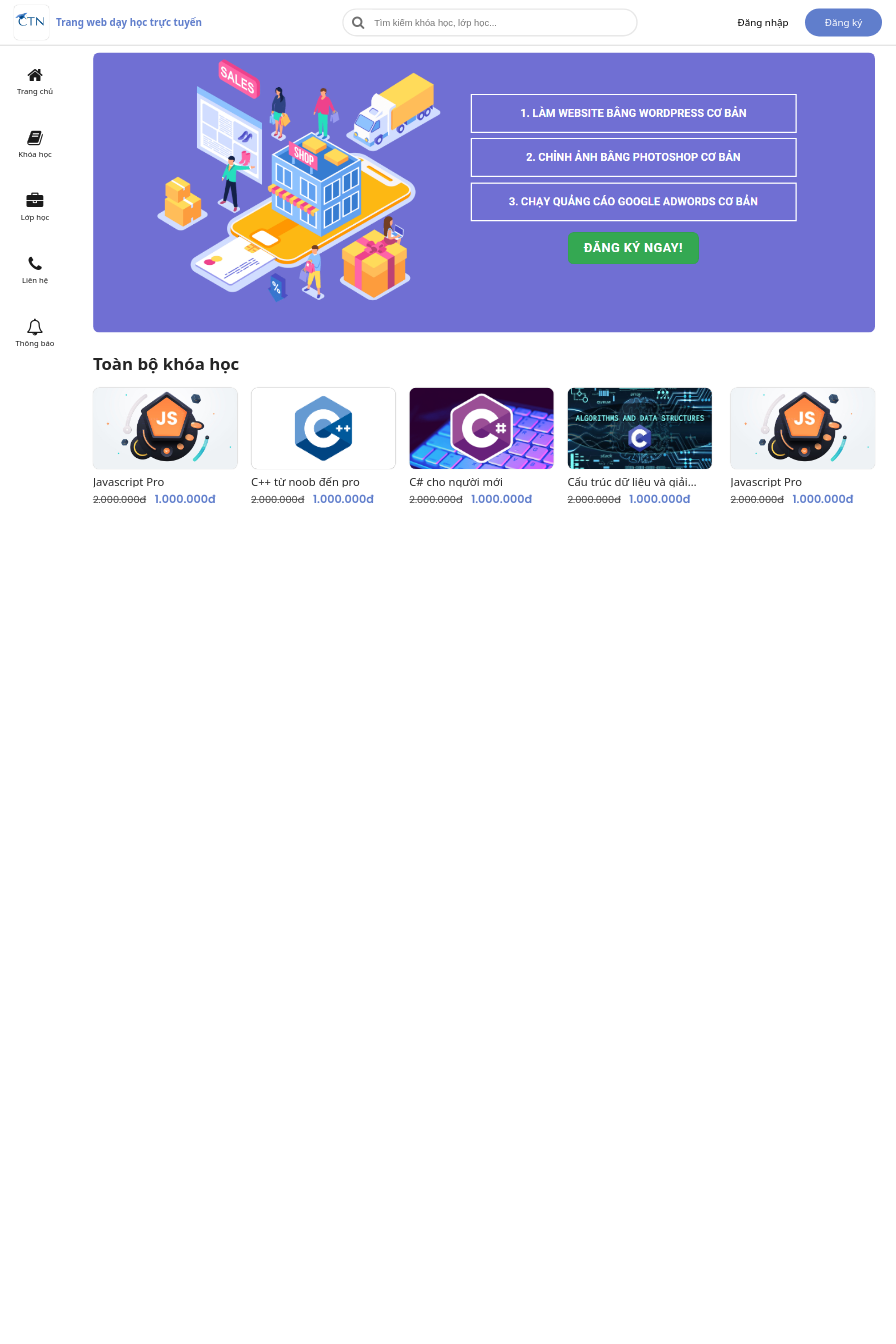
Repository: Nieday306/shophoaqua
Page: index.html
These files come from the project's save history. The page is drawn as it stood at one moment and after the next save; the edit follows.
The browser window is 1280 px wide. The pictures show the part of the page from y = 0 to 1920 px (the page is 5575 px tall), at 70% of full size.

Above is the page before, as saved 2024-04-07 16:47:40.

### index.html
<!DOCTYPE html>
<html lang="en">
  <head>
    <meta charset="UTF-8" />
    <meta name="viewport" content="width=device-width, initial-scale=1.0" />
    <!-- reset css -->
    <link rel="stylesheet" href="./assets/css/reset.css" />
    <!-- style css -->
    <link rel="stylesheet" href="./assets/css/style.css" />
    <!-- font  -->
    <link rel="stylesheet" href="./assets/font/stylesheet.css" />
    <title>CTN - Ứng dụng học lập trình trực tuyến</title>
    <!-- favicon -->
    <link
      rel="apple-touch-icon"
      sizes="57x57"
      href="./assets/Favicon/apple-icon-57x57.png"
    />
    <link
      rel="apple-touch-icon"
      sizes="60x60"
      href="./assets/Favicon/apple-icon-60x60.png"
    />
    <link
      rel="apple-touch-icon"
      sizes="72x72"
      href="./assets/Favicon/apple-icon-72x72.png"
    />
    <link
      rel="apple-touch-icon"
      sizes="76x76"
      href="./assets/Favicon/apple-icon-76x76.png"
    />
    <link
      rel="apple-touch-icon"
      sizes="114x114"
      href="./assets/Favicon/apple-icon-114x114.png"
    />
    <link
      rel="apple-touch-icon"
      sizes="120x120"
      href="./assets/Favicon/apple-icon-120x120.png"
    />
    <link
      rel="apple-touch-icon"
      sizes="144x144"
      href="./assets/Favicon/apple-icon-144x144.png"
    />
    <link
      rel="apple-touch-icon"
      sizes="152x152"
      href="./assets/Favicon/apple-icon-152x152.png"
    />
    <link
      rel="apple-touch-icon"
      sizes="180x180"
      href="./assets/Favicon/apple-icon-180x180.png"
    />
    <link
      rel="icon"
      type="image/png"
      sizes="192x192"
      href="./assets/Favicon/android-icon-192x192.png"
    />
    <link
      rel="icon"
      type="image/png"
      sizes="32x32"
      href="./assets/Favicon/favicon-32x32.png"
    />
    <link
      rel="icon"
      type="image/png"
      sizes="96x96"
      href="./assets/Favicon/favicon-96x96.png"
    />
    <link
      rel="icon"
      type="image/png"
      sizes="16x16"
      href="./assets/Favicon/favicon-16x16.png"
    />
    <link rel="manifest" href="./assets/Favicon/manifest.json" />
    <meta name="msapplication-TileColor" content="#ffffff" />
    <meta
      name="msapplication-TileImage"
      content="./assets/Favicon/ms-icon-144x144.png"
    />
    <meta name="theme-color" content="#ffffff" />
    <link
      rel="stylesheet"
      href="https://cdnjs.cloudflare.com/ajax/libs/font-awesome/4.7.0/css/font-awesome.min.css"
    />
  </head>
  <body>
    <!-- header -->
    <header>
      <div class="header">
        <div class="header-top">
          <div class="logo">
            <img class="logo-img" src="./assets/img/logo.png" alt="CTN" />
            <span class="logo-desc">Trang web dạy học trực tuyến</span>
          </div>
          <form action="" class="search" method="post">
            <input
              class="search__txt"
              type="search"
              name="search"
              id="search"
              placeholder="Tìm kiếm khóa học, lớp học..."
            />
            <button class="search__submit" type="submit">
              <i class="fa fa-search" style="font-size: 19px"></i>
            </button>
          </form>
          <div class="header__log">
            <a href="./login.html" class="btn header__login">Đăng nhập</a>
            <a href="#!" class="btn header__register">Đăng ký</a>
          </div>
        </div>
      </div>
    </header>
    <!-- main -->
    <main>
      <div class="sidebar">
        <ul class="sidebar__menu">
          <li class="sidebar__item">
            <a href="#!" class="sidebar__desc"
              ><i class="fa fa-home" style="font-size: 24px"></i
              ><span>Trang chủ</span></a
            >
          </li>
          <li class="sidebar__item">
            <a href="#!" class="sidebar__desc"
              ><i class="fa fa-book" style="font-size: 24px"></i
              ><span>Khóa học</span></a
            >
          </li>
          <li class="sidebar__item">
            <a href="#!" class="sidebar__desc"
              ><i class="fa fa-briefcase" style="font-size: 24px"></i
              ><span>Lớp học</span></a
            >
          </li>
          <li class="sidebar__item">
            <a href="#!" class="sidebar__desc"
              ><i class="fa fa-phone" style="font-size: 24px"></i
              ><span>Liên hệ</span></a
            >
          </li>
          <li class="sidebar__item">
            <a href="#!" class="sidebar__desc"
              ><i class="fa fa-bell-o" style="font-size: 24px"></i
              ><span>Thông báo</span></a
            >
          </li>
        </ul>
        <div class="sidebar__content">
          <!-- banner -->
          <div class="content__banner">
            <div class="container">
              <div class="banner">
                <img
                  src="./assets/img/banner-content.png"
                  alt="banner"
                  class="banner-img"
                />
              </div>
            </div>
          </div>
          <!-- course -->
          <div class="content__course">
            <div class="container">
              <h2 class="course-title">Toàn bộ khóa học</h2>
              <div class="list__course">
                <!-- item 1 -->
                <div class="course__item">
                  <a href="#!" class="course__item-link">
                    <img
                      src="./assets/img/course-js.jpg"
                      alt=""
                      class="course-thumnail"
                    />
                    <span class="course-desc">Javascript Pro</span>
                    <span class="price">
                      <span class="pre-price">2.000.000đ</span>
                      <span class="price-final">1.000.000đ</span>
                    </span>
                  </a>
                </div>
                <!-- item 2 -->
                <div class="course__item">
                  <a href="#!" class="course__item-link">
                    <img
                      src="./assets/img/course-c.png"
                      alt=""
                      class="course-thumnail"
                    />
                    <span class="course-desc">C++ từ noob đến pro</span>
                    <span class="price">
                      <span class="pre-price">2.000.000đ</span>
                      <span class="price-final">1.000.000đ</span>
                    </span>
                  </a>
                </div>
                <!-- item 3 -->
                <div class="course__item">
                  <a href="#!" class="course__item-link">
                    <img
                      src="./assets/img/course-Csharp.png"
                      alt=""
                      class="course-thumnail"
                    />
                    <span class="course-desc">C# cho người mới</span>
                    <span class="price">
                      <span class="pre-price">2.000.000đ</span>
                      <span class="price-final">1.000.000đ</span>
                    </span>
                  </a>
                </div>
                <!-- item 4 -->
                <div class="course__item">
                  <a href="#!" class="course__item-link">
                    <img
                      src="./assets/img/course-ctdlvgt.jpg"
                      alt=""
                      class="course-thumnail"
                    />
                    <span class="course-desc line-clamp"
                      >Cấu trúc dữ liệu và giải thuật</span
                    >
                    <span class="price">
                      <span class="pre-price">2.000.000đ</span>
                      <span class="price-final">1.000.000đ</span>
                    </span>
                  </a>
                </div>
                <!-- item 5 -->
                <div class="course__item">
                  <a href="#!" class="course__item-link">
                    <img
                      src="./assets/img/course-js.jpg"
                      alt=""
                      class="course-thumnail"
                    />
                    <span class="course-desc">Javascript Pro</span>
                    <span class="price">
                      <span class="pre-price">2.000.000đ</span>
                      <span class="price-final">1.000.000đ</span>
                    </span>
                  </a>
                </div>
              </div>
            </div>
          </div>
        </div>
      </div>
    </main>
    <!-- footer -->
    <footer></footer>
  </body>
</html>

### assets/css/style.css
:root {
  --primary-color: #607ecc;
  --font-secondary: system-ui, -apple-system, BlinkMacSystemFont, "Segoe UI",
    Roboto, Oxygen, Ubuntu, Cantarell, "Open Sans", "Helvetica Neue", sans-serif;
}
* {
  box-sizing: border-box;
}

html,
body {
  scroll-behavior: smooth;
}

html {
  font-size: 62.5%;
}

body {
  font-size: 1.6rem;
  font-family: "Poppins", sans-serif;
  margin: 0px auto;
}

/*================== common =========================*/

a {
  text-decoration: none;
}

.btn {
  display: inline-block;
  color: #fff;
  font-size: 1.4rem;
  font-family: var(--font-secondary);
  font-weight: 500;
  background-color: var(--primary-color);
  height: 40px;
  padding: 0 8px;
  border: 1px solid --primary-color;
  border-radius: 999px;
  text-align: center;
  min-width: 110px;
  line-height: 40px;
}

.btn:hover {
  opacity: 0.9;
}

.container {
  width: 1117px;
  margin: 0px auto;
}

/* xử lý xuống dòng */

.line-clamp {
  display: -webkit-box;
  -webkit-line-clamp: var(--line-clamp, 1);
  -webkit-box-orient: vertical;
  overflow: hidden;
}

/* =======================header==================== */

header {
  position: sticky;
  height: 65px;
  left: 0;
  top: 0;
  z-index: 20;
}

.header-top {
  height: 65px;
  background-color: #fff;
  display: flex;
  align-items: center;
  /* justify-content: space-between; */
  border-bottom: 1px solid #ccc;
}

.logo {
  display: flex;
  align-items: center;
  gap: 0 10px;
  margin-left: 20px;
}

.logo-img {
  width: 50px;
  height: 50px;
  object-fit: cover;
  border-radius: 7px;
  box-shadow: 0px 0px 1px rgb(3, 3, 3, 0.5);
}

.logo-desc {
  font-family: var(--font-secondary);
  font-size: 1.4rem;
  color: var(--primary-color);
  font-weight: 700;
}

.search {
  margin-left: 200px;
  height: 40px;
  width: 422px;
  border: 2px solid #e8e8e8;
  border-radius: 20px;
  transition: border 0.5s ease;
  display: flex;
  align-items: center;
  justify-content: space-between;
  flex-direction: row-reverse;
}

.search:focus-within {
  border-color: #777;
}

.search__submit {
  width: 10%;
  height: 100%;
  border-radius: 20px 0 0 20px;
  color: #707070;
  border: none;
  outline: none;
  background-color: #fff;
  cursor: pointer;
}

.fa-search {
  color: inherit;
}

.search__txt {
  height: 100%;
  background-color: transparent;
  width: 90%;
  outline: none;
  border-radius: 0 20px 20px 0;
  border: none;
}

.search__txt:not(:placeholder-shown) ~ .search__submit {
  color: #444;
  cursor: pointer;
}

.search__txt:placeholder-shown ~ .search__submit {
  cursor: not-allowed;
}

.header__log {
  margin-left: auto;
  display: flex;
  align-items: center;
  gap: 5px;
}

.header__login {
  background-color: #fff;
  color: #000;
}

.header__register {
  margin-right: 20px;
}
/* =======================main========================= */

.sidebar {
  margin-top: 10px;
  display: flex;
  min-width: 100vh;
}

.sidebar__menu {
  height: 100%;

  position: fixed;
  width: 8%;
  margin-left: 10px;
  display: flex;
  flex-direction: column;
  gap: 10px;
  /* border-right: 1px solid #ccc; */
}

.sidebar__item {
}

.sidebar__desc {
  display: inline-flex;
  flex-direction: column;
  align-items: center;
  justify-content: center;
  gap: 5px;
  height: 80px;
  width: 80px;
  font-weight: 500;
  font-size: 1.1rem;
  font-family: var(--font-secondary);
  color: #1a1a1a;
  padding: 10px;
  border-radius: 9px;
}
.sidebar__desc:hover {
  background-color: #e8ebed;
}

.sidebar__content {
  margin-left: 8%;
  width: 92%;
  height: 5000px;
}

.banner-img {
  width: 1117px;
  height: 400px;
  object-fit: cover;
  border-radius: 9px;
}

/* course */

.content__course {
  margin-top: 30px;
}

.course-title {
  color: #242424;
  font-family: var(--font-secondary);
  font-size: 2.4rem;
  font-weight: 900;
  margin-right: auto;
}

.list__course {
  margin-top: 22px;
  display: flex;
  gap: 20px;
}

.course__item-link {
  display: flex;
  flex-direction: column;
}

.course-thumnail {
  width: 206px;
  height: 116px;
  box-shadow: 0 0 1px rgba(3, 3, 3, 0.5);
  object-fit: cover;
  border-radius: 9px;
}

.course-desc {
  font-family: var(--font-secondary);
  color: #292929;
  display: -webkit-box;
  font-size: 1.6rem;
  word-break: keep-all;
  overflow: hidden;
  margin: 10px 0;
}

.pre-price {
  color: #444;
  font-size: 1.4rem;
  margin-right: 8px;
  text-decoration: line-through;
}

.price-final {
  color: var(--primary-color);
  font-size: 1.6rem;
  font-weight: 600;
}

/* footer */
footer {
  height: 500px;
  background-color: #000;
  margin-left: 9%;
}

### assets/font/stylesheet.css
@font-face {
    font-family: 'Poppins';
    src: url('Poppins-Black.woff2') format('woff2'),
        url('Poppins-Black.woff') format('woff');
    font-weight: 900;
    font-style: normal;
    font-display: swap;
}

@font-face {
    font-family: 'Poppins';
    src: url('Poppins-Bold.woff2') format('woff2'),
        url('Poppins-Bold.woff') format('woff');
    font-weight: bold;
    font-style: normal;
    font-display: swap;
}

@font-face {
    font-family: 'Poppins';
    src: url('Poppins-BlackItalic.woff2') format('woff2'),
        url('Poppins-BlackItalic.woff') format('woff');
    font-weight: 900;
    font-style: italic;
    font-display: swap;
}

@font-face {
    font-family: 'Poppins';
    src: url('Poppins-BoldItalic.woff2') format('woff2'),
        url('Poppins-BoldItalic.woff') format('woff');
    font-weight: bold;
    font-style: italic;
    font-display: swap;
}

@font-face {
    font-family: 'Poppins';
    src: url('Poppins-ExtraLightItalic.woff2') format('woff2'),
        url('Poppins-ExtraLightItalic.woff') format('woff');
    font-weight: 200;
    font-style: italic;
    font-display: swap;
}

@font-face {
    font-family: 'Poppins';
    src: url('Poppins-ExtraBoldItalic.woff2') format('woff2'),
        url('Poppins-ExtraBoldItalic.woff') format('woff');
    font-weight: bold;
    font-style: italic;
    font-display: swap;
}

@font-face {
    font-family: 'Poppins';
    src: url('Poppins-ExtraBold.woff2') format('woff2'),
        url('Poppins-ExtraBold.woff') format('woff');
    font-weight: bold;
    font-style: normal;
    font-display: swap;
}

@font-face {
    font-family: 'Poppins';
    src: url('Poppins-Italic.woff2') format('woff2'),
        url('Poppins-Italic.woff') format('woff');
    font-weight: normal;
    font-style: italic;
    font-display: swap;
}

@font-face {
    font-family: 'Poppins';
    src: url('Poppins-ExtraLight.woff2') format('woff2'),
        url('Poppins-ExtraLight.woff') format('woff');
    font-weight: 200;
    font-style: normal;
    font-display: swap;
}

@font-face {
    font-family: 'Poppins';
    src: url('Poppins-Regular.woff2') format('woff2'),
        url('Poppins-Regular.woff') format('woff');
    font-weight: normal;
    font-style: normal;
    font-display: swap;
}

@font-face {
    font-family: 'Poppins';
    src: url('Poppins-LightItalic.woff2') format('woff2'),
        url('Poppins-LightItalic.woff') format('woff');
    font-weight: 300;
    font-style: italic;
    font-display: swap;
}

@font-face {
    font-family: 'Poppins';
    src: url('Poppins-SemiBold.woff2') format('woff2'),
        url('Poppins-SemiBold.woff') format('woff');
    font-weight: 600;
    font-style: normal;
    font-display: swap;
}

@font-face {
    font-family: 'Poppins';
    src: url('Poppins-Light.woff2') format('woff2'),
        url('Poppins-Light.woff') format('woff');
    font-weight: 300;
    font-style: normal;
    font-display: swap;
}

@font-face {
    font-family: 'Poppins';
    src: url('Poppins-Medium.woff2') format('woff2'),
        url('Poppins-Medium.woff') format('woff');
    font-weight: 500;
    font-style: normal;
    font-display: swap;
}

@font-face {
    font-family: 'Poppins';
    src: url('Poppins-MediumItalic.woff2') format('woff2'),
        url('Poppins-MediumItalic.woff') format('woff');
    font-weight: 500;
    font-style: italic;
    font-display: swap;
}

@font-face {
    font-family: 'Poppins';
    src: url('Poppins-Thin.woff2') format('woff2'),
        url('Poppins-Thin.woff') format('woff');
    font-weight: 100;
    font-style: normal;
    font-display: swap;
}

@font-face {
    font-family: 'Poppins';
    src: url('Poppins-ThinItalic.woff2') format('woff2'),
        url('Poppins-ThinItalic.woff') format('woff');
    font-weight: 100;
    font-style: italic;
    font-display: swap;
}

@font-face {
    font-family: 'Poppins';
    src: url('Poppins-SemiBoldItalic.woff2') format('woff2'),
        url('Poppins-SemiBoldItalic.woff') format('woff');
    font-weight: 600;
    font-style: italic;
    font-display: swap;
}

Loaded but not shown: assets/css/reset.css (common file)

After the next save:
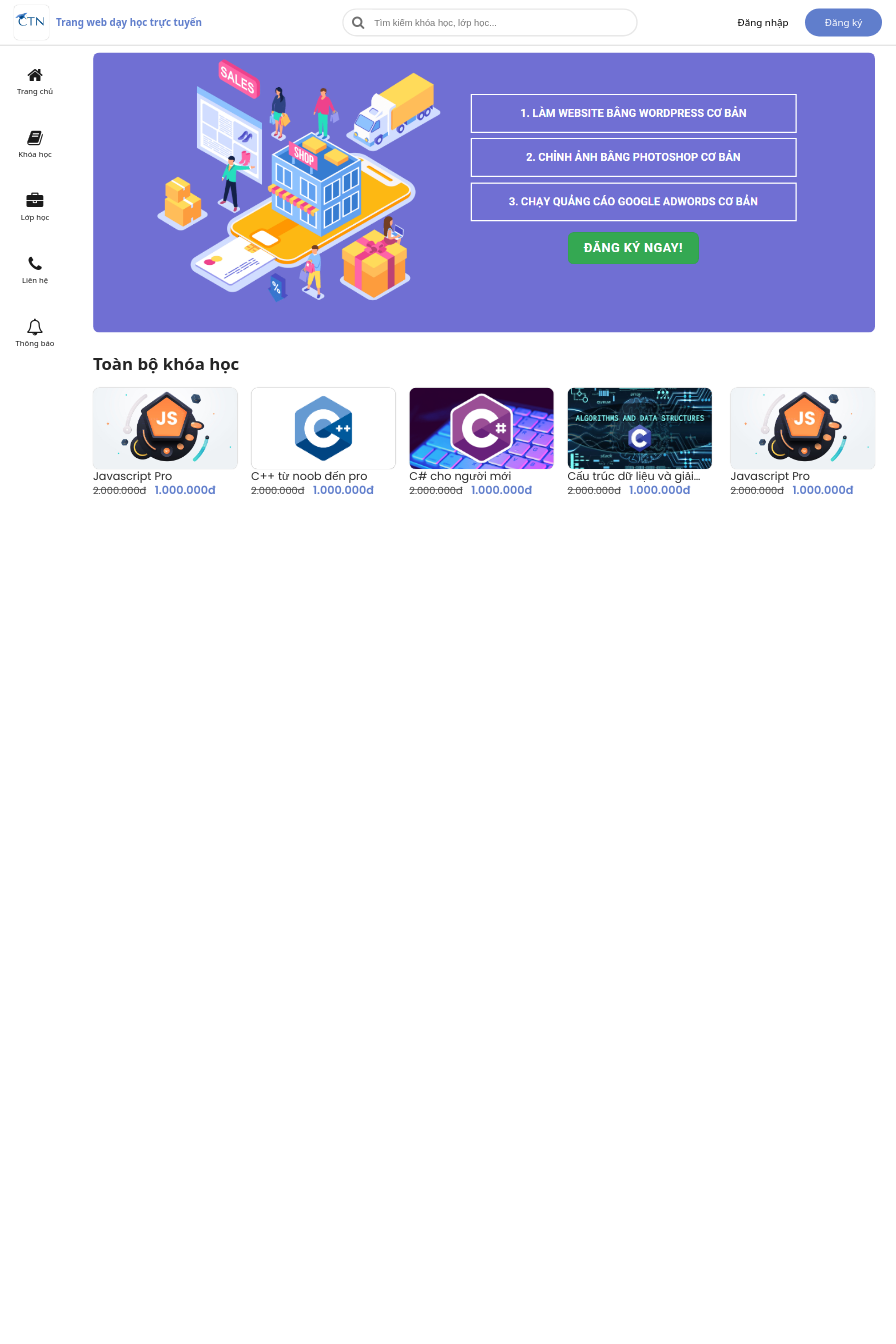
Saved 32 s later.
--- a/assets/css/style.css
+++ b/assets/css/style.css
@@ -257,13 +257,14 @@ header {
 }
 
 .course-desc {
-  font-family: var(--font-secondary);
+  word-wrap: break-word;
+  -webkit-box-orient: vertical;
+  -webkit-line-clamp: 1;
   color: #292929;
   display: -webkit-box;
   font-size: 1.6rem;
-  word-break: keep-all;
+  line-height: 1.4;
   overflow: hidden;
-  margin: 10px 0;
 }
 
 .pre-price {
